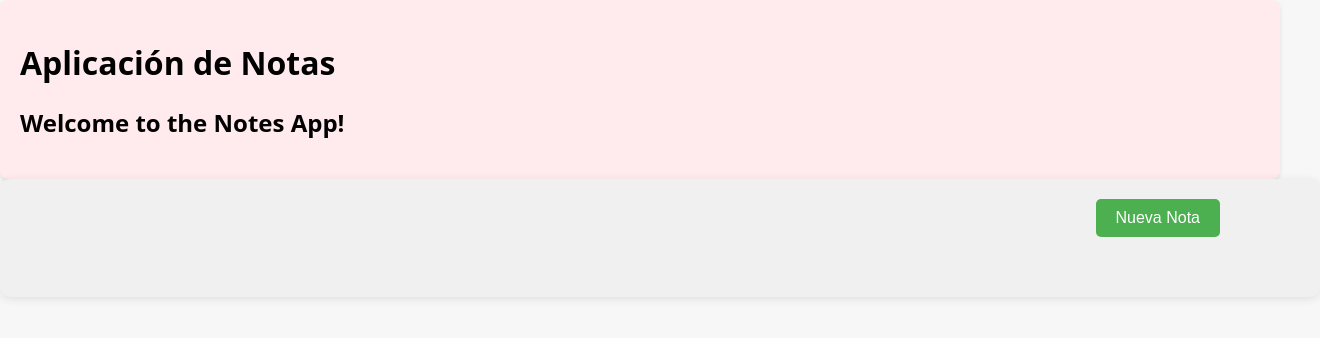
Repository: xunxuno/aplicacion_web_notas
Page: / (app in notas_web_app/)
The author's editor kept a copy of each file at every save. The page is drawn from the files as they stood at one save, then again after the next save.
The browser window is 1280 px wide. The page is 1320 px wide, then 1280 px, then 1320 px, so the pictures cover 1320 px, including what lies to the right of the window. The pictures show the whole page.
The project was rebuilt for these pictures with package versions that can differ from the ones it lists, and the page was loaded fresh each time. Also part of the build but not shown: notas_web_app/vite.config.ts, notas_web_app/src/components/Note.tsx, notas_web_app/src/components/NoteCollection.tsx, notas_web_app/src/components/NoteModal.tsx.

Above is the page before, as saved 2024-10-03 11:29:59.

After the next save:
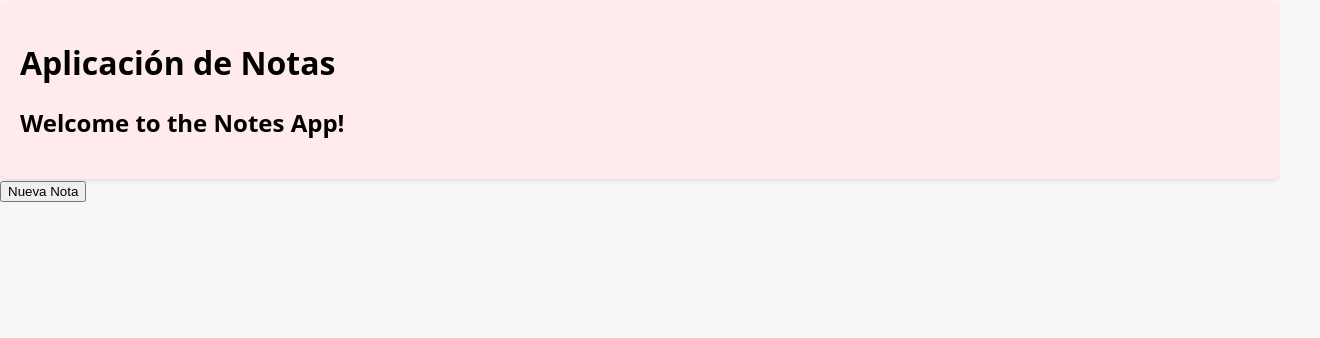
Saved 16 s later.
--- a/notas_web_app/src/styles.css
+++ b/notas_web_app/src/styles.css
@@ -6,51 +6,41 @@
     color: #000;
   }
 
-
-/* Estilo para el contenedor principal de la aplicación */
-.app-container {
-  width: 100%; /* Ancho máximo */
-  margin: 0 auto; /* Centrar el contenedor */
-  padding: 20px; /* Espaciado interno */
-  background-color: #f0f0f0; /* Color de fondo claro */
-  border-radius: 10px; /* Bordes redondeados */
-  box-shadow: 0 2px 10px rgba(0, 0, 0, 0.1); /* Sombra sutil */
+/* Estilo para cada nota */
+.note {
+  margin: 10px; /* Espacio alrededor de cada nota */
+  padding: 15px; /* Espaciado interno */
+  border: 1px solid #ccc; /* Color de borde gris claro */
+  border-radius: 5px; /* Bordes redondeados */
+  background-color: #fffbcc; /* Color de fondo amarillo claro */
+  width: 250px; /* Ancho para que se asemeje a una nota en la vida real */
+  height: 150px; /* Altura fija para la nota */
+  box-shadow: 0 2px 5px rgba(0, 0, 0, 0.1); /* Sombra ligera */
+  display: flex; /* Flexbox para permitir contenido interno */
+  flex-direction: column; /* Organizar el contenido en columnas */
+  justify-content: space-between; /* Espaciado entre elementos internos */
 }
 
-/* Estilo para el botón de agregar nota */
-.add-note-button {
-  background-color: #4CAF50; /* Color de fondo verde */
+/* Estilo para el título de la nota */
+.note-title {
+  font-weight: bold; /* Hacer el título más grueso */
+  margin-bottom: 10px; /* Espacio debajo del título */
+  font-size: 18px; /* Tamaño de fuente del título */
+}
+
+/* Estilo para el contenido de la nota */
+.note-content {
+  flex-grow: 1; /* Permitir que el contenido ocupe el espacio disponible */
+  font-size: 14px; /* Tamaño de fuente del contenido */
+}
+
+/* Estilo para el botón de eliminar */
+.delete-button {
+  background-color: #ff4d4d; /* Color de fondo rojo */
   color: white; /* Color del texto */
-  padding: 10px 20px; /* Espaciado interno */
   border: none; /* Sin borde */
   border-radius: 5px; /* Bordes redondeados */
   cursor: pointer; /* Cambia el cursor al pasar sobre el botón */
-  margin-bottom: 20px; /* Espacio debajo del botón */
-  font-size: 16px; /* Tamaño de fuente */
-  transition: background-color 0.3s; /* Transición para el color de fondo */
-  /* Ajustes para centrar el botón */
-  margin-left: auto; /* Empuja el botón a la derecha */
-  margin-right: 60px; /* Margen a la derecha para no pegarse al borde */
+  padding: 5px 10px; /* Espaciado interno */
+  font-size: 14px; /* Tamaño de fuente */
 }
-
-
-/* Efecto hover para el botón de agregar nota */
-.add-note-button:hover {
-  background-color: #45a049; /* Color de fondo más oscuro al pasar el mouse */
-}
-
-/* Estilo para el contenedor de colecciones */
-.collections-container {
-  width: 100%;
-  display: flex; /* Usar flexbox para una mejor organización */
-  flex-direction: column; /* Organizar en columnas */
-  margin-top: 20px;
-}
-
-.button-container {
-  display: flex; /* Usar flexbox para alinear los elementos */
-  justify-content: flex-end; /* Alinear los elementos al final (derecha) */
-  margin-bottom: 20px; /* Margen inferior para separar del siguiente elemento */
-  padding: 0 20px; /* Espaciado interno a la izquierda y derecha */
-  /* Esto asegura que el botón no se salga del borde */
-}

After the save that followed:
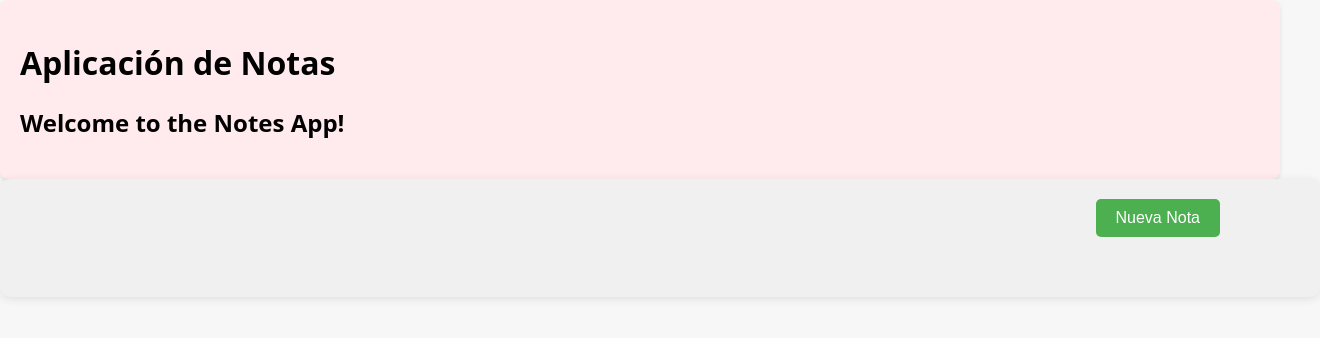
Saved 57 s later.
--- a/notas_web_app/src/styles.css
+++ b/notas_web_app/src/styles.css
@@ -6,7 +6,57 @@
     color: #000;
   }
 
-/* Estilo para cada nota */
+
+/* Estilo para el contenedor principal de la aplicación */
+.app-container {
+  width: 100%; /* Ancho máximo */
+  margin: 0 auto; /* Centrar el contenedor */
+  padding: 20px; /* Espaciado interno */
+  background-color: #f0f0f0; /* Color de fondo claro */
+  border-radius: 10px; /* Bordes redondeados */
+  box-shadow: 0 2px 10px rgba(0, 0, 0, 0.1); /* Sombra sutil */
+}
+
+/* Estilo para el botón de agregar nota */
+.add-note-button {
+  background-color: #4CAF50; /* Color de fondo verde */
+  color: white; /* Color del texto */
+  padding: 10px 20px; /* Espaciado interno */
+  border: none; /* Sin borde */
+  border-radius: 5px; /* Bordes redondeados */
+  cursor: pointer; /* Cambia el cursor al pasar sobre el botón */
+  margin-bottom: 20px; /* Espacio debajo del botón */
+  font-size: 16px; /* Tamaño de fuente */
+  transition: background-color 0.3s; /* Transición para el color de fondo */
+  /* Ajustes para centrar el botón */
+  margin-left: auto; /* Empuja el botón a la derecha */
+  margin-right: 60px; /* Margen a la derecha para no pegarse al borde */
+}
+
+
+/* Efecto hover para el botón de agregar nota */
+.add-note-button:hover {
+  background-color: #45a049; /* Color de fondo más oscuro al pasar el mouse */
+}
+
+/* Estilo para el contenedor de colecciones */
+.collections-container {
+  width: 100%;
+  display: flex; /* Usar flexbox para una mejor organización */
+  flex-direction: column; /* Organizar en columnas */
+  margin-top: 20px;
+}
+
+.button-container {
+  display: flex; /* Usar flexbox para alinear los elementos */
+  justify-content: flex-end; /* Alinear los elementos al final (derecha) */
+  margin-bottom: 20px; /* Margen inferior para separar del siguiente elemento */
+  padding: 0 20px; /* Espaciado interno a la izquierda y derecha */
+  /* Esto asegura que el botón no se salga del borde */
+}
+
+
+
 .note {
   margin: 10px; /* Espacio alrededor de cada nota */
   padding: 15px; /* Espaciado interno */
